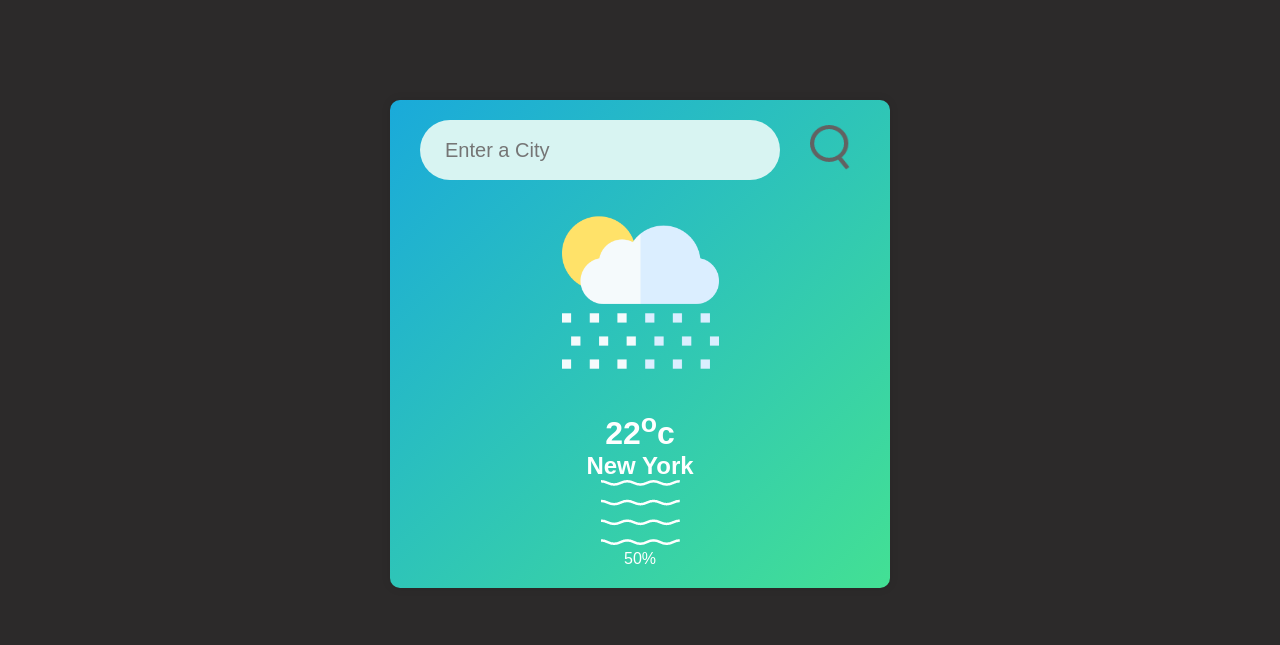
Repository: Haakim19/weatherApp
Page: index.html
An editor plug-in stored every save of this project. The page is shown before and after the next save, followed by the edit.
The browser window is 1280 px wide. The pictures show the whole page.

Above is the page before, as saved 2024-11-16 21:14:42.

After the next save:
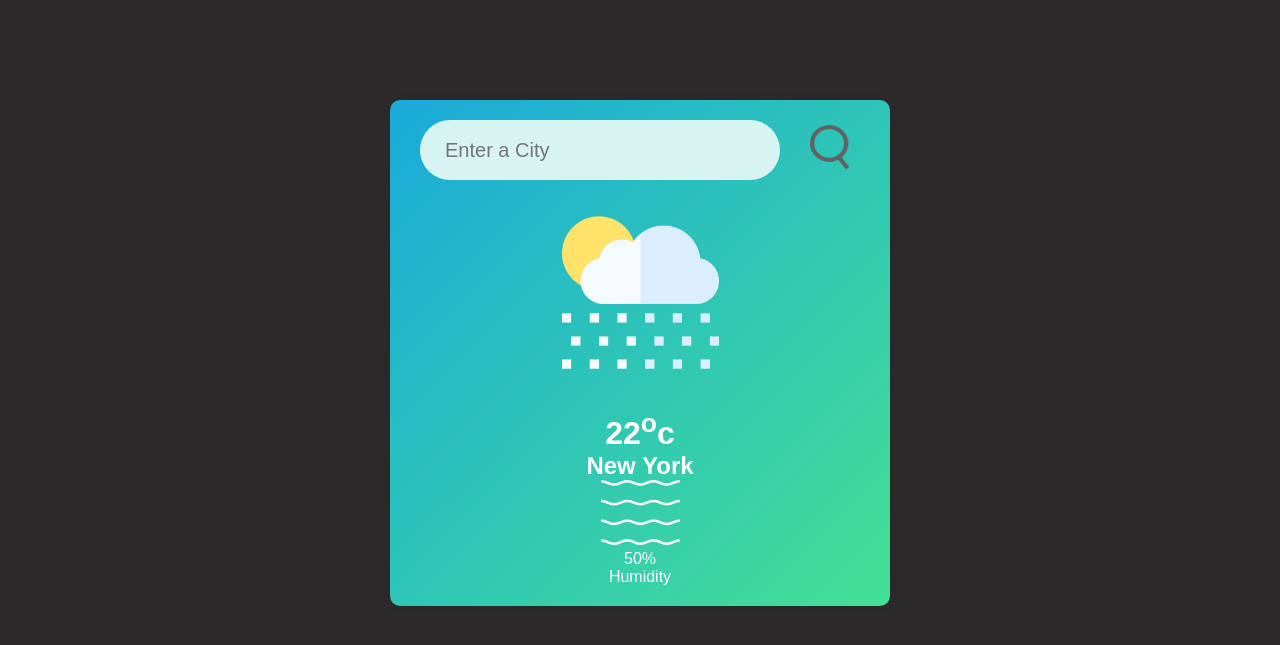
Saved 56 s later.
--- a/index.html
+++ b/index.html
@@ -22,6 +22,8 @@
                 <img src="images/humidity.png">
             </div>
             <p class="humidity">50%</p>
+            <p>Humidity</p>
+
         </div>
     </div>
 </body>
